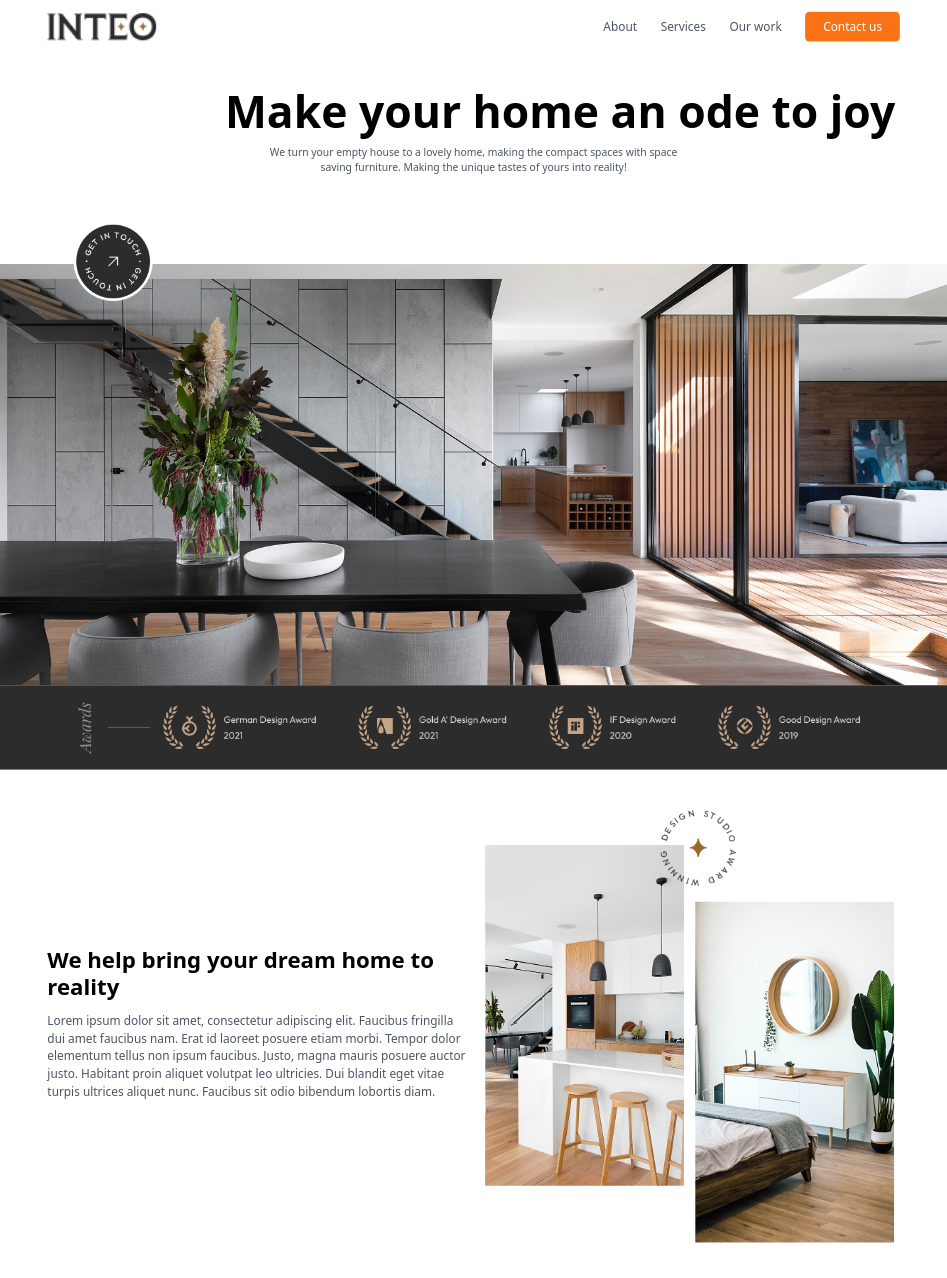
Repository: CatherinneJ/responsive-tailwind-website
Page: tailwind.html
These files come from the project's save history. The page is drawn as it stood at one moment and after the next save; the edit follows.
The browser window is 1280 px wide. The pictures show the whole page, at 74% of full size.
Some web libraries are served in a nearby version.

Above is the page before, as saved 2025-05-20 19:13:37.

### tailwind.html
<!DOCTYPE html>
<html lang="en">
<head>
    <meta charset="UTF-8">
    <meta name="viewport" content="width=device-width, initial-scale=1.0">
    <title>NTEO - Make your home an ode to joy</title>
    <script src="https://cdn.tailwindcss.com"></script>
    <link href="https://fonts.googleapis.com/css2?family=Playfair+Display:wght@400;700&display=swap" rel="stylesheet>
    <style>
        .font-playfair {
            font-family: 'Playfair Display', serif;
        }
    </style>
</head>
<body class="bg-white">
    <header class="py-4 px-8 lg:px-16">
        <nav class="flex justify-between items-center">
            <img src="./Assets/Logo.png" alt="logo" class="h-10">
            <ul class="flex space-x-8 items-center">
                <li class="text-gray-600 hover:text-black">About</li>
                <li class="text-gray-600 hover:text-black">Services</li>
                <li class="text-gray-600 hover:text-black">Our work</li>
                <li class="bg-orange-500 text-white px-6 py-2 rounded-md hover:bg-orange-600">Contact us</li>
            </ul>
        </nav>
    </header>

    <section class="flex flex-col items-center justify-center px-8 lg:px-16 pt-8 pb-4 md:pt-12 md:pb-8 text-center">
        <h1 class="text-4xl font-bold whitespace-nowrap md:text-5xl lg:text-6xl font-playfair mb-4 max-w-2xl">
            Make your home an ode to joy
        </h1>

        <p class="text-lg md:text-sm text-gray-600 mb-8 max-w-xl">
            We turn your empty house to a lovely home, making the compact spaces with space saving furniture. Making the unique tastes of yours into reality!
        </p>
    </section>

    <section class="mt-0">    <!-- No margin -->
        <img src="./Assets/Creative.png" class="w-full" alt="Creative design">
    </section>


    <section id="awards" class="mt-0"> <!-- No margin -->
        <img src="./Assets/Awards.png" class="w-full" alt="Awards">
    </section>

    <section class="flex flex-col md:flex-row items-center gap-4 px-8 lg:px-16 py-8 md:py-12">
        <div class="md:w-1/2">
            <h2 class="text-2xl md:text-3xl font-playfair font-bold mb-4">
                We help bring your dream home to reality
            </h2>
            <p class="text-gray-600">
                Lorem ipsum dolor sit amet, consectetur adipiscing elit. Faucibus fringilla dui amet faucibus nam. Erat id laoreet posuere etiam morbi. Tempor dolor elementum tellus non ipsum faucibus. Justo, magna mauris posuere auctor justo. Habitant proin aliquet volutpat leo ultricies. Dui blandit eget vitae turpis ultrices aliquet nunc. Faucibus sit odio bibendum lobortis diam.
            </p>
        </div>
        <div class="md:w-1/2">
            <img src="./Assets/Section.png" alt="Home design" class="w-full">
        </div>
    </section>
</body>
</html>

After the next save:
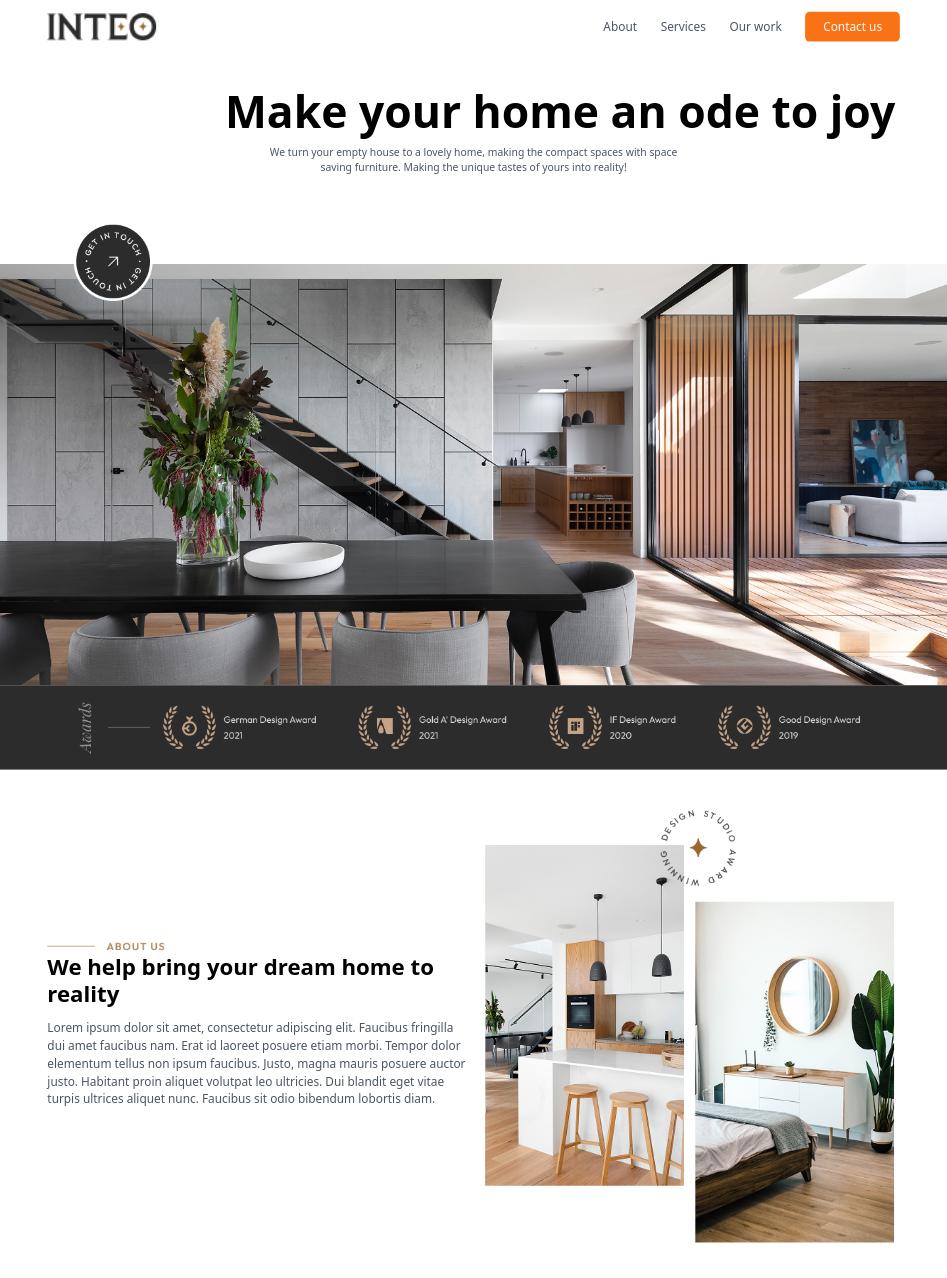
Saved 10 min 10 s later.
--- a/tailwind.html
+++ b/tailwind.html
@@ -46,6 +46,7 @@
 
     <section class="flex flex-col md:flex-row items-center gap-4 px-8 lg:px-16 py-8 md:py-12">
         <div class="md:w-1/2">
+            <img src="./Assets/Eyebrow.png" alt="Aboutus">
             <h2 class="text-2xl md:text-3xl font-playfair font-bold mb-4">
                 We help bring your dream home to reality
             </h2>
